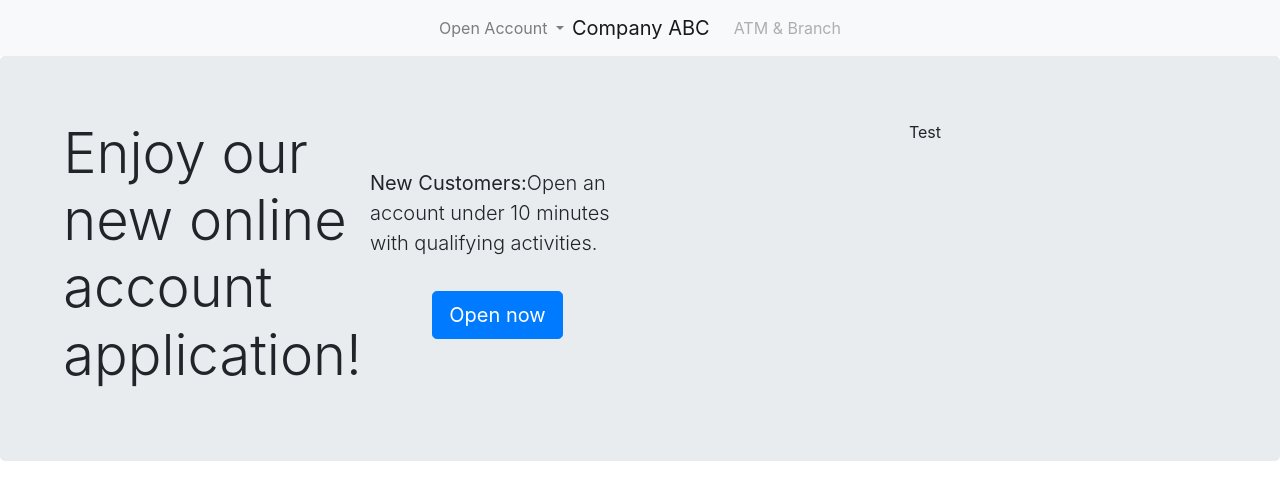
Repository: barriosan95/banking-opening-account-demo
Page: http://localhost/
The author's editor kept a record of every edit. The page is drawn from the files as they stood at one moment, then again after the next edit.
The browser window is 1280 px wide. The pictures show the whole page.
Some web fonts or font styles are not loaded; a fallback is used. Some web libraries are served in a nearby version. The page is served by the project's Node server (index.js).

Above is the page before.

After the next edit:
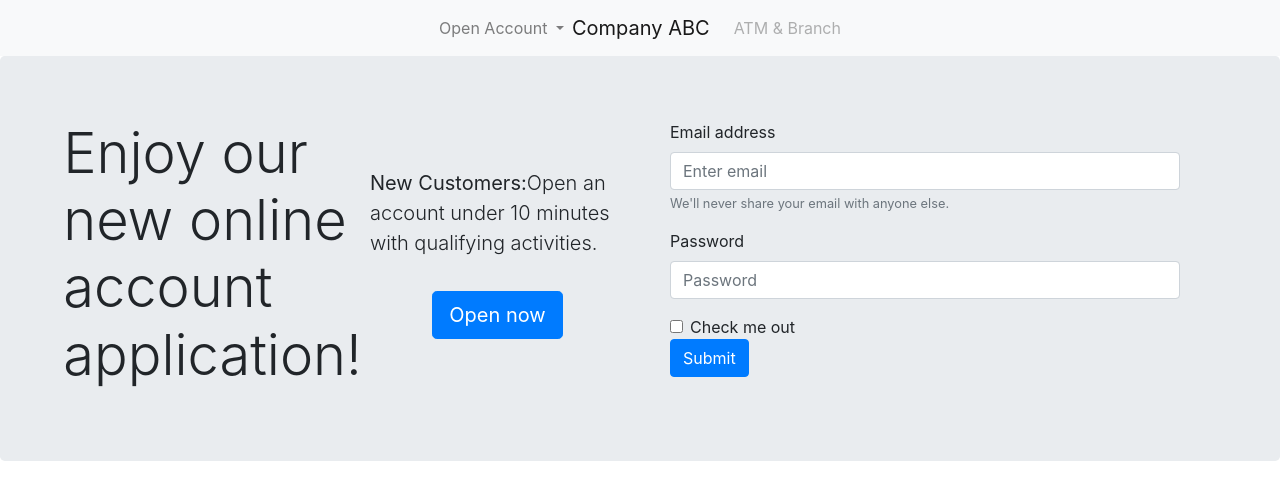
The edit:
--- a/views/main.ejs
+++ b/views/main.ejs
@@ -14,7 +14,24 @@
                     </p>
             </div>
             <div class ="col-md-6 d-flex flex-column align-items-center">
-                Test
+                <div class ="container">
+                    <form>
+                      <div class="form-group">
+                        <label for="exampleInputEmail1">Email address</label>
+                        <input type="email" class="form-control" id="exampleInputEmail1" aria-describedby="emailHelp" placeholder="Enter email">
+                        <small id="emailHelp" class="form-text text-muted">We'll never share your email with anyone else.</small>
+                      </div>
+                      <div class="form-group">
+                        <label for="exampleInputPassword1">Password</label>
+                        <input type="password" class="form-control" id="exampleInputPassword1" placeholder="Password">
+                      </div>
+                      <div class="form-check">
+                        <input type="checkbox" class="form-check-input" id="exampleCheck1">
+                        <label class="form-check-label" for="exampleCheck1">Check me out</label>
+                      </div>
+                      <button type="submit" class="btn btn-primary">Submit</button>
+                    </form>
+                </div>
             </div>
         </div>
     </div>
